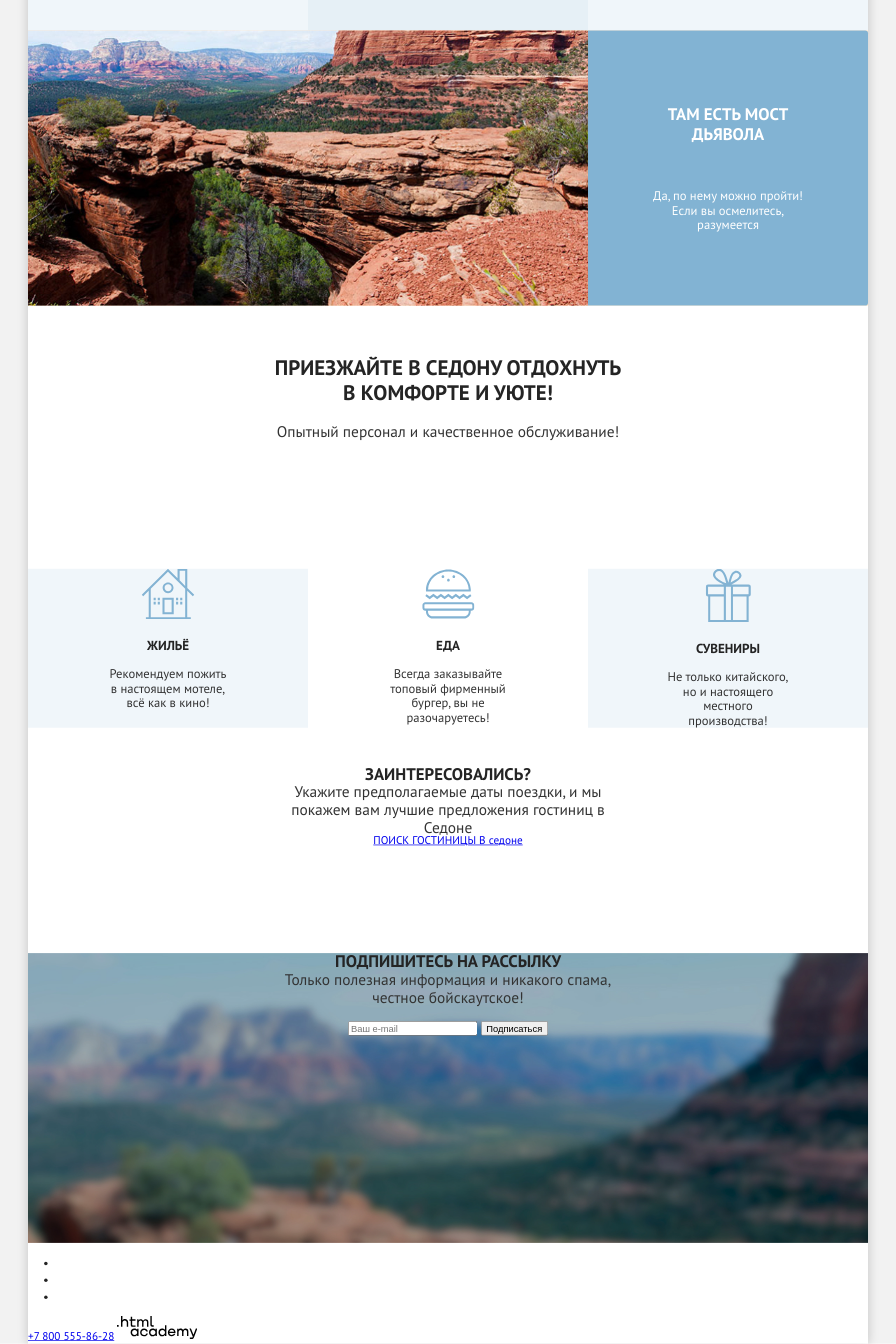
Repository: zakhgagne/2512253-sedona-1
Page: index.html
These files come from the project's save history. The page is drawn as it stood at one moment and after the next save; the edit follows.
The browser window is 1280 px wide. The pictures show the part of the page from y = 1551 to 3471 px (the page is 3471 px tall), at 70% of full size.

Above is the page before, as saved 2024-05-11 19:24:56.

### index.html
<!DOCTYPE html>
<html lang="ru">

  <head>
    <meta charset="utf-8">
    <title>Сайт города Седона</title>
    <link rel="stylesheet" href="styles/styles.css">
  </head>

  <body>
    <div class="container">
      <header class="header">
        <a class="logo-link" href="#">
          <img class="logo-image" src="./images/logo.svg" alt="Любимая Седона" width="" height="">
        </a>
        <nav class="navigation">
          <ul class="main-menu">
            <li class="menu-item">
              <a href="./index.html" class="menu-link">Главная</a>
            </li>
            <li class="menu-item">
              <a href="#" class="menu-link">О Седоне</a>
            </li>
            <li class="menu-item">
              <a href="./catalog.html" class="menu-link">Гостиницы</a>
            </li>
          </ul>
          <ul class="user-menu">
            <li class="user-menu-item">
              <a href="#" class="user-menu-link">
                <span class="visually-hidden">Поиск</span>
              </a>
            </li>
            <li class="user-menu-item">
              <a href="#" class="user-menu-link">
                <span class="visually-hidden">Избранное</span>
                <span class="like-number">12</span>
              </a>
            </li>
            <li class="user-menu-item">
              <a href="#" class="user-menu-link">Хочу сюда!</a>
            </li>
          </ul>
        </nav>
      </header>
      <main class="main-container">
        <h1 class="visually-hidden">Cайт города Седона</h1>
        <section class="welcome">
          <h2 class="visually-hidden">Приглашение</h2>
          <img src="./images/welcome.svg" class="welcome-image" width="" height="" alt="Welcome">
        </section>

        <section class="city">
          <h2 class="city-title">Седона — небольшой городок в Аризоне, заслуживающий большего!</h2>
          <p class="city-subtitle">Рассмотрим причины, по которым Седона круче, чем Гранд-Каньон!</p>

          <ul class="reason-list">
            <li class="reason-item reason-item-special">
              <div class="reason-container">
                <h3 class="reason-title">Настоящий городок</h3>
                <p class="reason-text">Седона — не аттракцион для туристов, там течёт своя жизнь</p>
              </div>
              <img src="./images/photo-1.jpg" class="reason-image" width="" height="">
            </li>
            <li class="reason-item">
              <div class="reason-container">
                <h3 class="reason-title">Небольшая площадь</h3>
                <p class="reason-text">Все достопримечательности находятся очень близко</p>
              </div>
            </li>
            <li class="reason-item">
              <div class="reason-container">
                <h3 class="reason-title">Красивая дорога</h3>
                <p class="reason-text">Ехать в Седону из Лас-Вегаса совсем не скучно!</p>
              </div>
            </li>
            <li class="reason-item">
              <div class="reason-container">
                <h3 class="reason-title">Мало туристов</h3>
                <p class="reason-text">Большинство едет в Гранд Каньон и толпится там</p>
              </div>
            </li>
            <li class="reason-item reason-item-special">
              <img src="./images/photo-2.jpg" class="reason-image" width="" height="">
              <div class="reason-container">
                <h3 class="reason-title">Там есть мост дьявола</h3>
                <p class="reason-text">Да, по нему можно пройти! Если вы осмелитесь, разумеется</p>
              </div>
            </li>
          </ul>
        </section>

        <section class="city-welcome">
          <h2 class="desription">Приезжайте в Седону отдохнуть в комфорте и уюте!</h2>
          <p class="simple-text">Опытный персонал и качественное обслуживание!</p>
          <div class="container-city-welcome">
            <ul class="comfort-list">
              <li class="comfort-item">
                <img src="./images/advantage-icon-home.svg" class="reason-image" width="" height="">
                <h3 class="comfort-title">Жильё</h3>
                <p class="comfort-text">Рекомендуем пожить в настоящем мотеле, всё как в кино!</p>
              </li>
              <li class="comfort-item">
                <img src="./images/advantage-icon-food.svg" class="reason-image" width="" height="">
                <h3 class="comfort-title">Еда</h3>
                <p class="comfort-text">Всегда заказывайте топовый фирменный бургер, вы не разочаруетесь!</p>
              </li>
              <li class="comfort-item">
                <img src="./images/advantage-icon-gift.svg" class="reason-image" width="" height="">
                <h3 class="comfort-title">Сувениры</h3>
                <p class="comfort-text">Не только китайского, но и настоящего местного производства!</p>
              </li>
            </ul>
          </div>
        </section>

        <section class="interest">
          <h2 class="desription">Заинтересовались?</h2>
          <p class="simple-text">Укажите предполагаемые даты поездки, и мы покажем вам лучшие предложения гостиниц в
            Седоне</p>
            <div class="container-button">
          <a href="#" class="button-search-motel">ПОИСК ГОСТИНИЦЫ В седоне</a>
          </div>
        </section>

      </main>

      <footer>
        <section class="news-letter">
          <h2 class="desription">Подпишитесь на рассылку</h2>
          <p class="simple-text">Только полезная информация и никакого спама, честное бойскаутское!</p>

          <form class="subscribe-form" action="https://echo.htmlacademy.ru/" method="post">
            <input class="field" placeholder="Ваш e-mail" type="email" name="distribution-email" required>
            <button class="subscribe-form-button" type="submit">Подписаться</button>
          </form>
        </section>
        <div class="footer-container">
          <section class="contacts">
            <h2 class="visually-hidden">Контакты</h2>
            <ul class="contact-list">
              <li class="contact-list-item">
                <a href="#" class="contact-list-link">
                  <p class="visually-hidden">Вконтакте</p>
                </a>
              </li>
              <li class="contact-list-item">
                <a href="#" class="contact-list-link">
                  <p class="visually-hidden">Телеграм</p>
                </a>
              </li>
              <li class="contact-list-item">
                <a href="#" class="contact-list-link">
                  <p class="visually-hidden">Ютуб</p>
                </a>
              </li>
            </ul>
            <a class="footer-contacts-address-phone" href="tel:+78005558628">+7 800 555-86-28</a>
            <a class="htmlacademy-link" href="https://htmlacademy.ru/">
              <img src="./images/logo-academy.svg" width="" height="" alt="Академия">
            </a>
          </section>
        </div>
      </footer>
    </div>
  </body>

</html>

### styles/styles.css
@font-face {
  font-family: "PT Sans";
  font-style: normal;
  font-weight: 400;
  src: url("../fonts/ptsans-400.woff2") format("woff2");
  font-display: swap;
}

@font-face {
  font-family: "PT Sans";
  font-style: normal;
  font-weight: 700;
  src: url("../fonts/ptsans-700.woff2") format("woff2");
  font-display: swap;
}


body {
  margin: 0;
  font-family: "PT Sans", "Arial", sans-serif;
  font-size: 16px;
  line-height: 24px;
  color: #242424;
  background-color: #f2f2f2;
}

.visually-hidden {
  display: none;
}

.container {
  width: 1200px;
  margin: 0 auto;
  background-color: #ffffff;
  box-shadow: 0 0 15px rgba(0, 0, 0, 0.2);
}

.header {
  background-color: #ffffff;
  position: relative;
  padding: 0 68px 0 238px;
}

.logo-link {
  position: absolute;
  top: 0;
  left: 70px;
}

.logo-image {}

.navigation {
  display: flex;
  justify-content: space-between;
}

.main-menu {
  padding: 0;
  margin: 0;
  list-style: none;
  display: flex;
  width: 500px;
  flex-wrap: wrap;
}

.menu-item {}

.menu-link {
  font-size: 20px;
  font-weight: 700;
  line-height: 24px;
  color: #000000;
  text-decoration: none;
  display: block;
  padding: 20px 16px;

}

.menu-item:nth-child(1) {
  /* background-color: red; */
}

.menu-item:nth-child(2) {
  /* background-color: blue; */
}

.menu-item:nth-child(3) {
  /* background-color: red; */
}

.user-menu {
  padding: 0;
  margin: 0;
  list-style: none;
  display: flex;
}

.welcome {
  background-color: #aec5d1;
  background-image: url("../images/white-crown.svg"), url("../images/index-background.jpg");
  background-repeat: no-repeat;
  background-position: center bottom, center top;
  background-size: 1200px 57px, cover;
  padding-top: 51px;
  padding-bottom: 82px;
  min-height: 352px;
}

.welcome-image {
  display: block;
  margin: 0 auto;
}

.city {
  text-align: center;
  padding-top: 70px;
}

.city-title {
  padding: 0;
  margin: 0 auto 24px;
  font-size: 30px;
  font-weight: 700;
  line-height: 36px;
  text-transform: uppercase;
  width: 750px;

}

.city-subtitle {
  padding: 1px;
  margin: 0 auto 87px;
  font-size: 22px;
  font-weight: 400;
  line-height: 26px;
  width: 750px;
}

.reason-list {
  display: flex;
  justify-content: space-between;
  text-align: center;
  padding: 0;
  margin: 0;
  list-style: none;
  flex-wrap: wrap;
}

.reason-item {
  display: flex;
  background-color: bisque;
}

.reason-container {
  width: 400px;
  padding-top: 106px;
  padding-bottom: 105px;
}

.reason-title {
  margin: 0 auto 63px;
  padding: 0;
  font-size: 24px;
  font-weight: 700;
  line-height: 28px;
  width: 175px;
  text-transform: uppercase;

}

.reason-text {
  padding: 0;
  margin: 0 auto;
  font-size: 18px;
  font-weight: 400;
  line-height: 21px;
  width: 231px;
}

.reason-item:nth-child(2n) {
  background-color: #f0f6fa;
}

.reason-item:nth-child(3n) {
  background-color: #e6f0f6;
}

.reason-item-special .reason-container {
  background-color: #82B3D3;
  border-radius: 0px 4px 4px 0px;
  color: #FFFFFF;

}

.comfort-list {
  display: flex;
  justify-content: space-between;
  text-align: center;
  padding: 0;
  margin: 0;
  list-style: none;
}

.comfort-item {
  width: 400px;
}
.comfort-item:nth-child(even) {
  background-color: #ffffff;
}
.comfort-item:nth-child(odd) {
  background-color: #f0f6fa;
}

.interest {
  text-align: center;
  margin: 54px auto;
  height: 214px;
  width: 592px;
}

.desription {
  padding: 0;
  margin: 0;
  text-transform: uppercase;
}

.footer-container {
  display: flex;
  margin: 0 auto;
}


.news-letter {
  background-image: url("../images/subscribe.jpg");
  background-repeat: no-repeat;
  min-height: 414px;
  text-align: center;

  /*width: 684px;*/
}

.city-welcome {
  text-align: center;
  padding-top: 70px;
}

.city-welcome .desription {
  padding: 0;
  margin: 0 auto 24px;
  font-size: 30px;
  font-weight: 700;
  line-height: 36px;
  text-transform: uppercase;
  width: 500px;
}

.simple-text {

  padding: 0;
  margin: 0 auto;
  width: 490px;
  height: 70px;

  /* Texts/Text basic */
  font-weight: 400;
  font-size: 22px;
  line-height: 26px;
  /* identical to box height, or 118% */
  /* Texts/second */
  color: #333333;
}

.container-city-welcome {

  text-align: center;
  padding-top: 140px;
}

.comfort-text {
  font-weight: 400;
  font-size: 18px;
  line-height: 21px;
  color: #333333;
  flex: none;
  order: 2;
  align-self: stretch;
  flex-grow: 0;
  width: 175px;
  margin: 0 auto;
  padding: 0;
}
.comfort-title {
text-transform: uppercase;
}

.container-button{
  margin: 0 auto 0;
  padding: 0;
  padding-top: 10;
  color: brown;
}

After the next save:
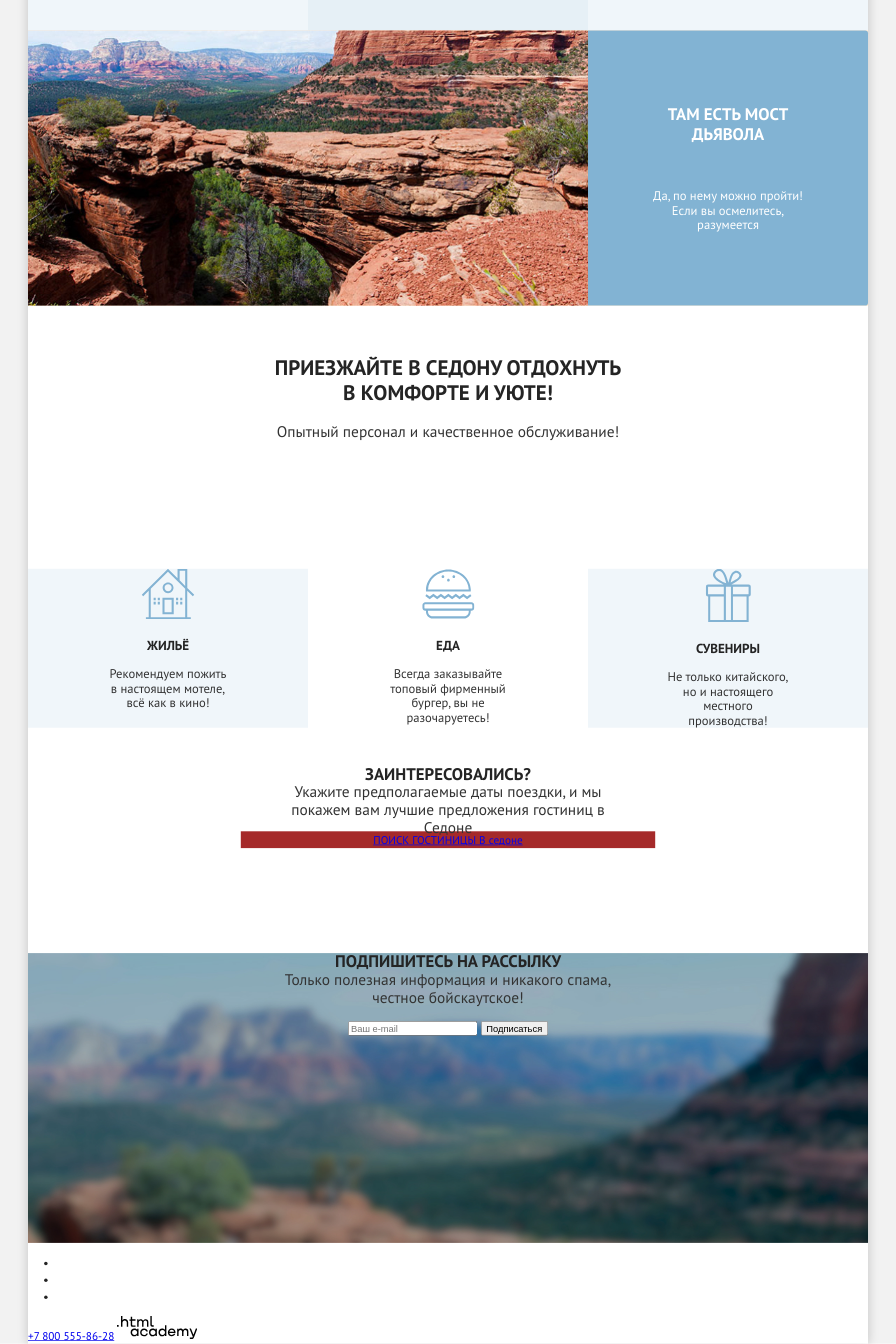
Saved 53 s later.
--- a/styles/styles.css
+++ b/styles/styles.css
@@ -297,5 +297,5 @@ text-transform: uppercase;
   margin: 0 auto 0;
   padding: 0;
   padding-top: 10;
-  color: brown;
-}
+  background-color: brown;
+}
